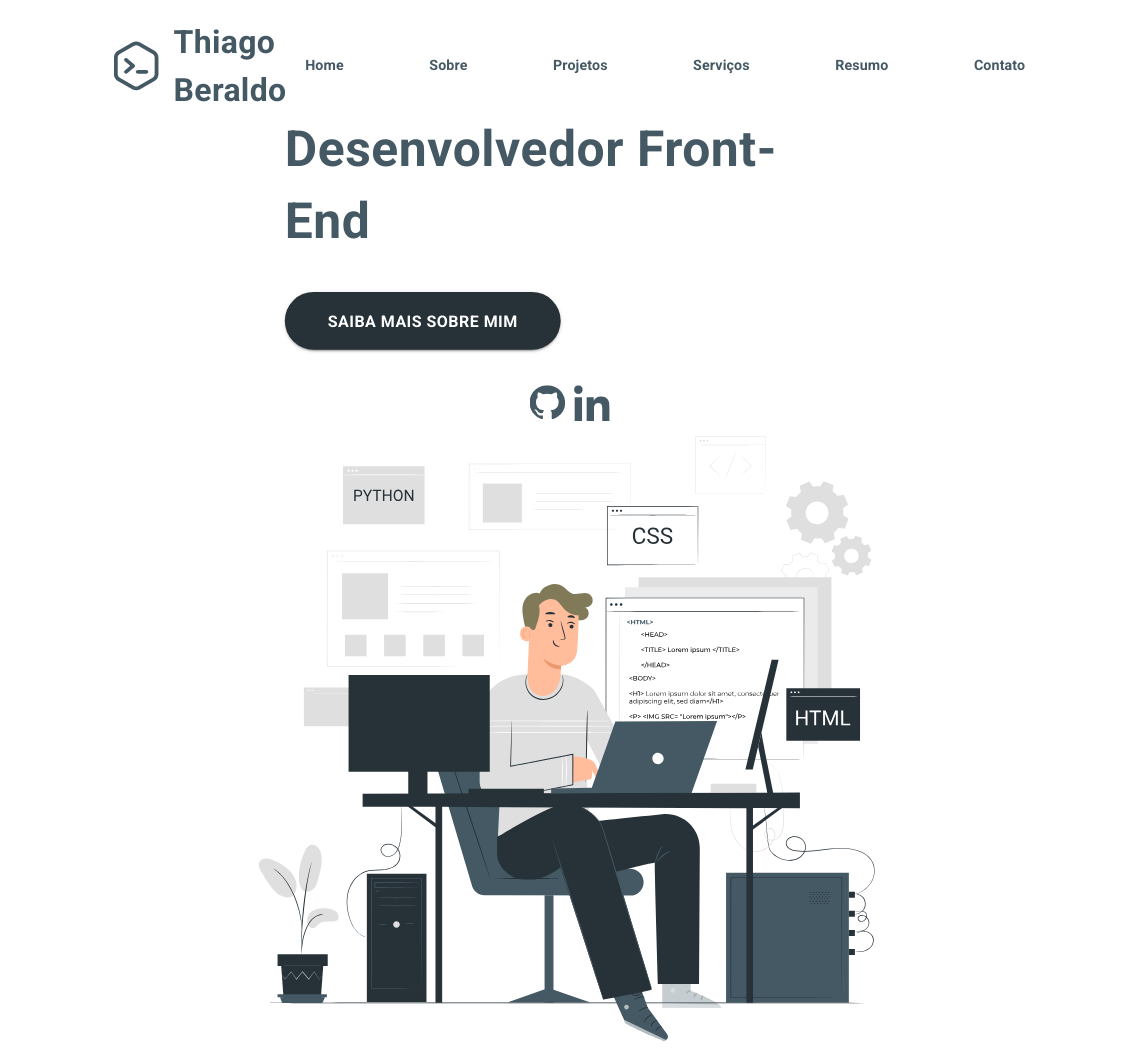
Repository: lenx0/myportfolio
Page: /
An editor plug-in stored every save of this project. The page is shown before and after a run of saves, followed by the edit.
The browser window is 1280 px wide. The pictures show the whole page, at 89% of full size.
The project was rebuilt for these pictures with package versions that can differ from the ones it lists, and the page was loaded fresh each time. Also part of the build but not shown: vite.config.js.

Above is the page before, as saved 2024-06-07 11:19:22.

After the next 3 saves:
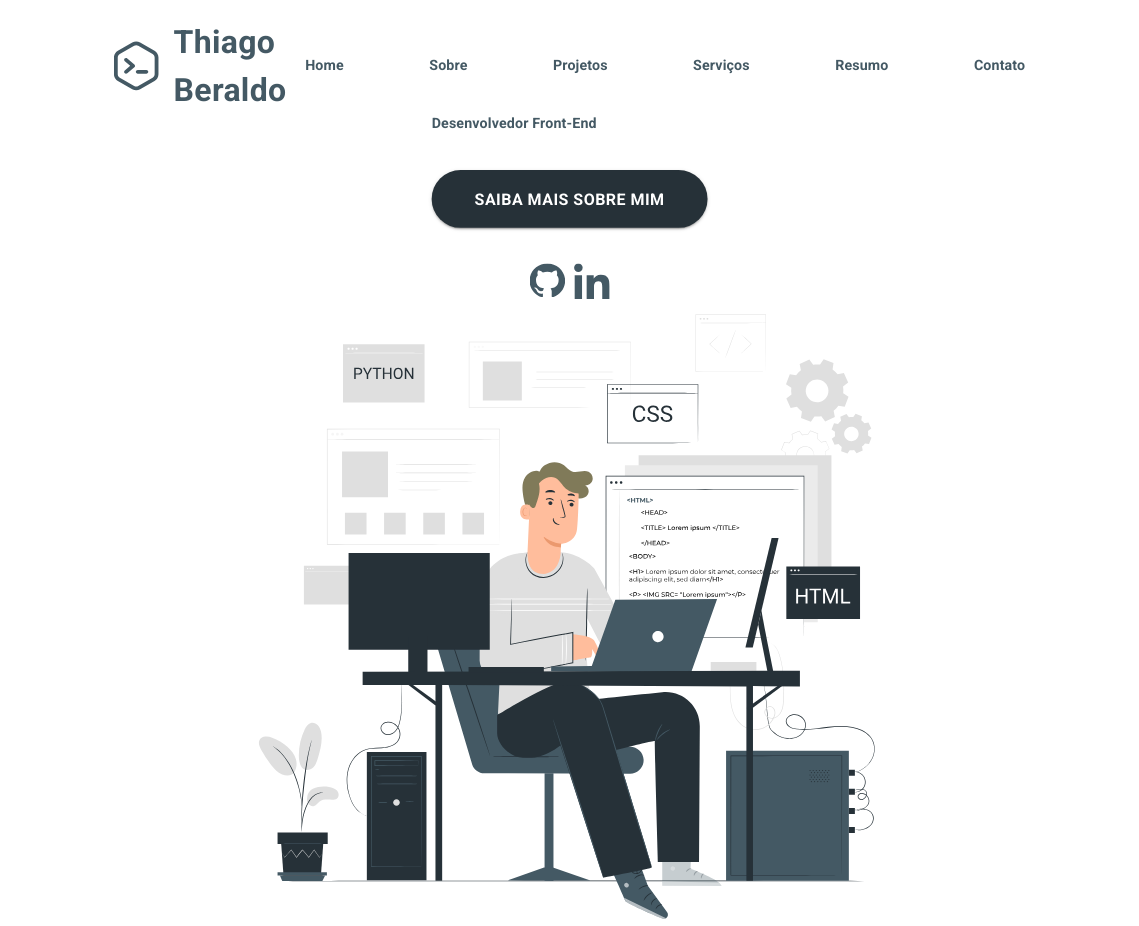
The 3 saves are shown as one change because they came seconds apart.
The last was saved 20 s later.
--- a/src/components/Home/index.jsx
+++ b/src/components/Home/index.jsx
@@ -16,7 +16,7 @@
         <Typography
           variant="body2"
           sx={{
-            fontSize: { xs: "2rem", sm: "2.5rem", md: "3rem", lg: "3.5rem", xl: "3.5rem" },
+            fontSize: { xs: "2rem", sm: "2.5rem", md: "3rem", lg: "1rem", xl: "3.5rem" },
             fontWeight: 700,
             color: "#445964",
             flexShrink: 1,

After the 2 saves that followed:
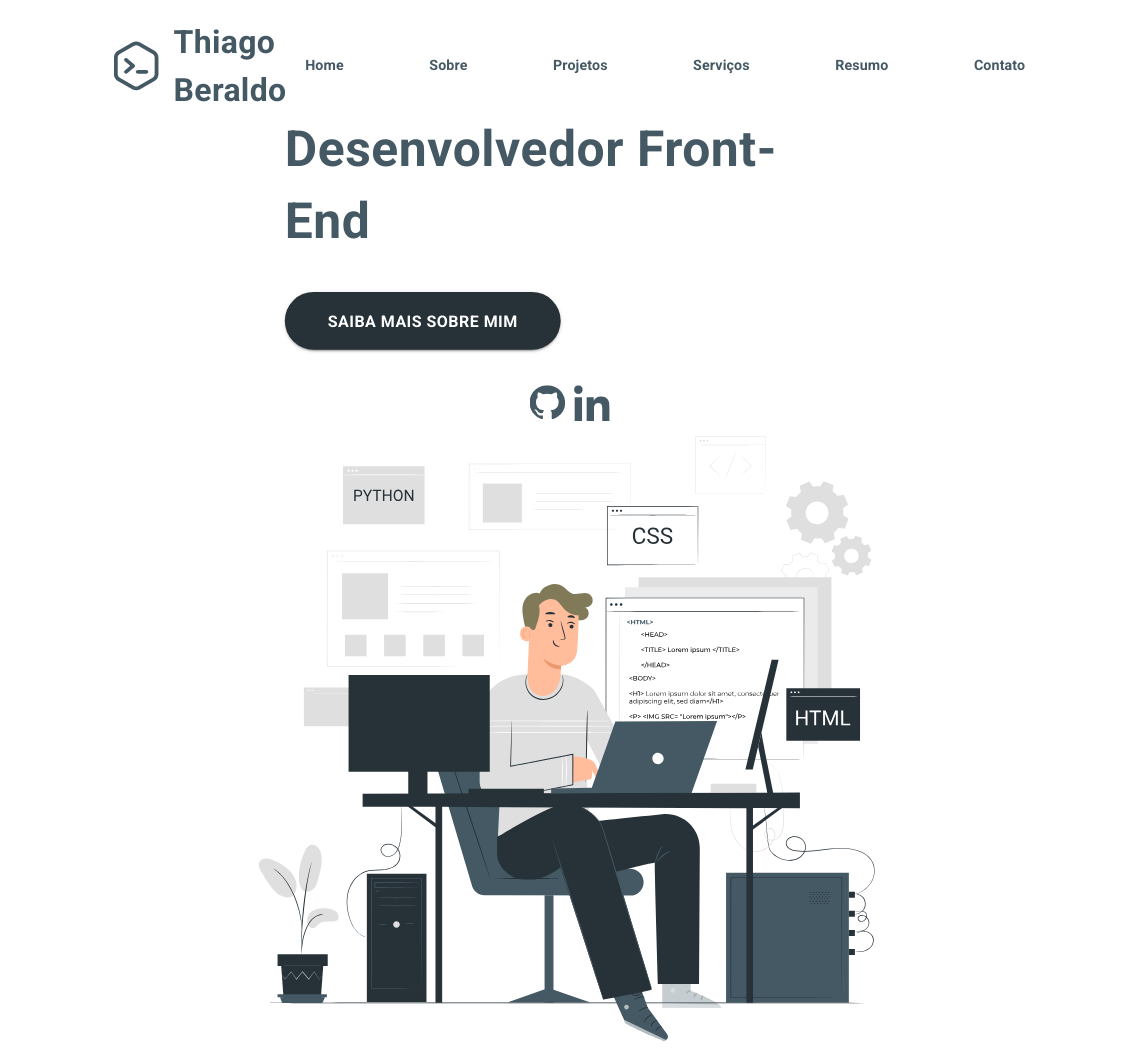
The 2 saves are shown as one change because they came seconds apart.
The last was saved 10 s later.
--- a/src/components/Home/index.jsx
+++ b/src/components/Home/index.jsx
@@ -16,7 +16,7 @@
         <Typography
           variant="body2"
           sx={{
-            fontSize: { xs: "2rem", sm: "2.5rem", md: "3rem", lg: "1rem", xl: "3.5rem" },
+            fontSize: { xs: "2rem", sm: "2.5rem", md: "3rem", lg: "3.5rem", xl: "3rem" },
             fontWeight: 700,
             color: "#445964",
             flexShrink: 1,
